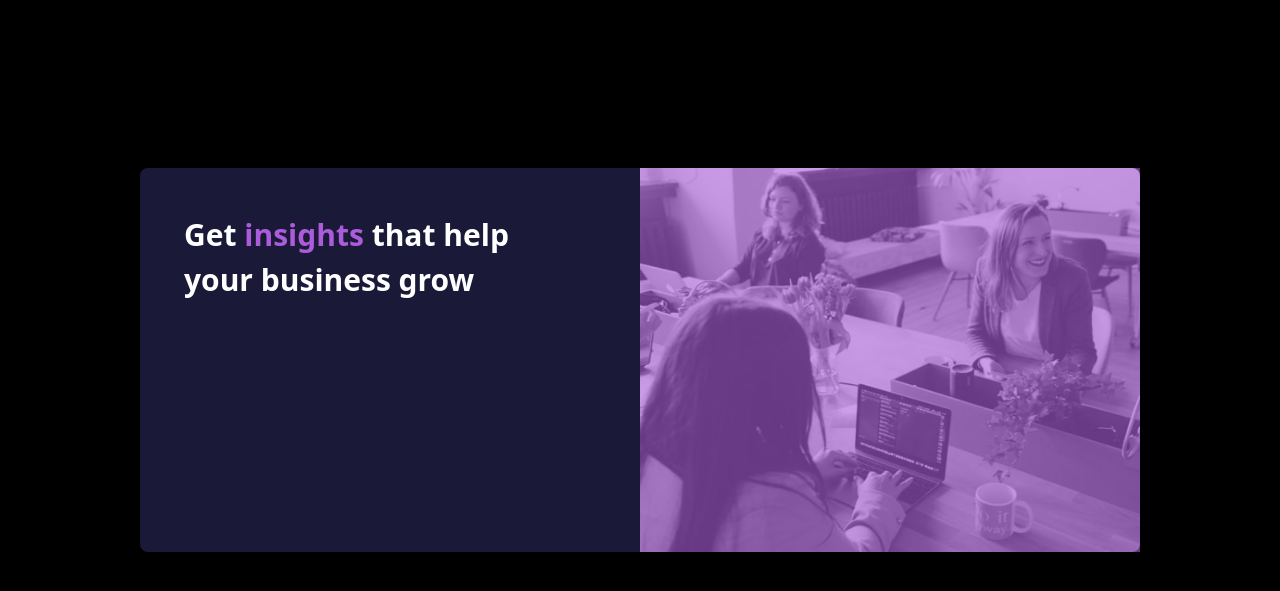
Repository: BerlinWebDev/FrontendMaster_PreviewMentor
Page: /
These files come from the project's save history. The page is drawn as it stood at one moment and after a run of saves; the edit follows.
The browser window is 1280 px wide. The pictures show the whole page.
The project was rebuilt for these pictures with package versions that can differ from the ones it lists, and the page was loaded fresh each time.

Above is the page before, as saved 2023-11-11 19:24:39.

After the next 2 saves:
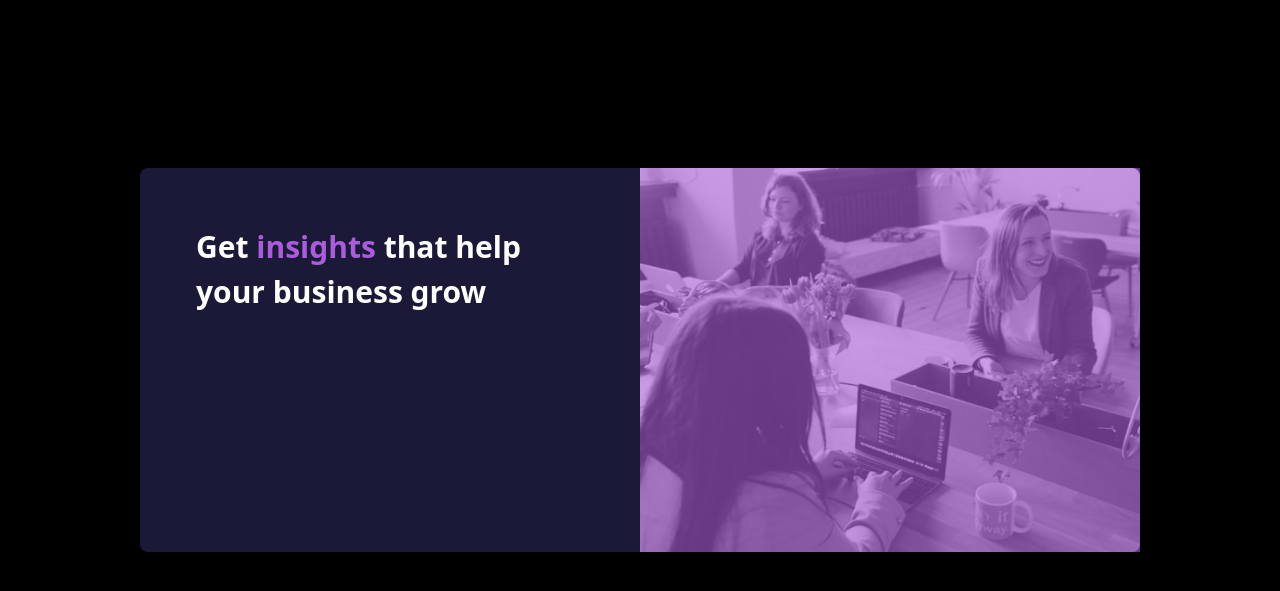
The 2 saves are shown as one change because they came seconds apart.
The last was saved 7 s later.
--- a/src/App.js
+++ b/src/App.js
@@ -11,7 +11,7 @@ function App() {
       <main className="flex min-h-screen flex-col items-center justify-center bg-black">
         <div className="flex h-96 w-[1000px] rounded-lg bg-[#1b1938]">
           <aside className="w-1/2  rounded-l-lg">
-            <div className="p-11">
+            <div className="p-14">
               <div className="text-[30px] text-white font-bold">
                 Get <span className="text-[#aa5cdb]">insights</span> that help
                 <br />
